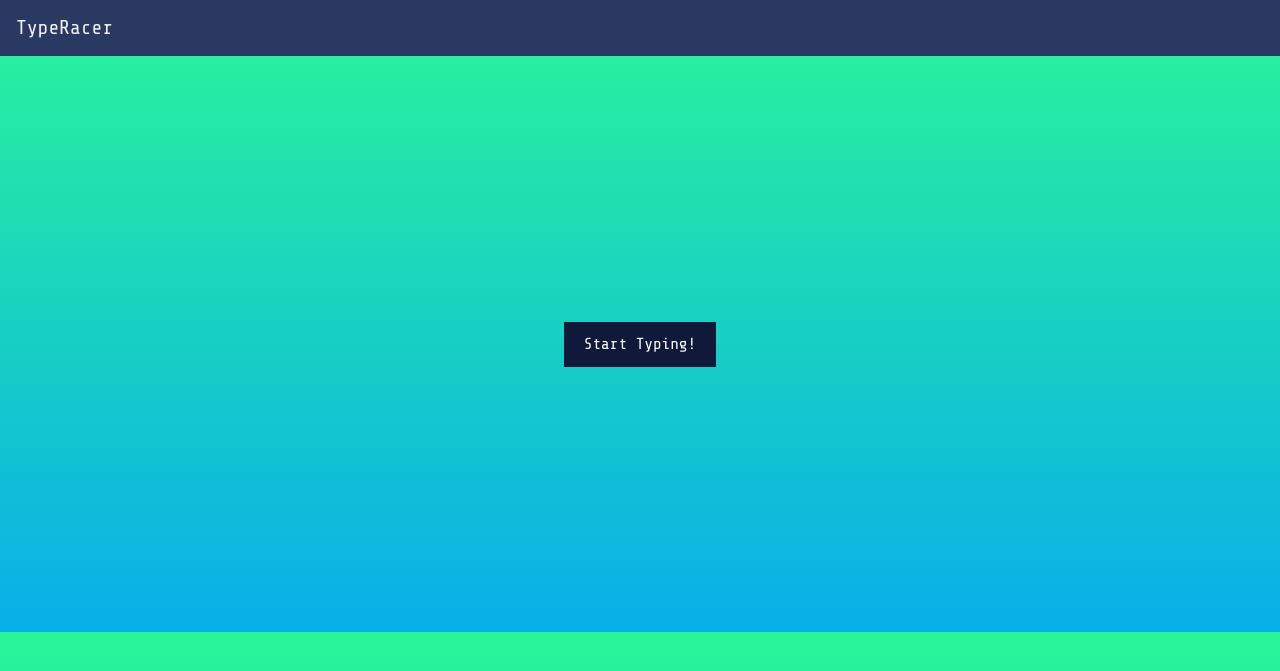
Repository: Tagaca19e/Type-it
Page: /
An editor plug-in stored every save of this project. The page is shown before and after the next save, followed by the edit.
The browser window is 1280 px wide. The pictures show the whole page.
The page's requests for data from a server got no answer. The project was rebuilt for these pictures with package versions that can differ from the ones it lists, and the page was loaded fresh each time. No one was signed in, and anything a server would have sent is missing. Also part of the build but not shown: src/components/Timer.js, src/components/Speed.js, src/components/TypeDetails.js, src/components/TypeRacer.js, src/app.css.

Above is the page before, as saved 2021-08-06 23:00:49.

After the next save:
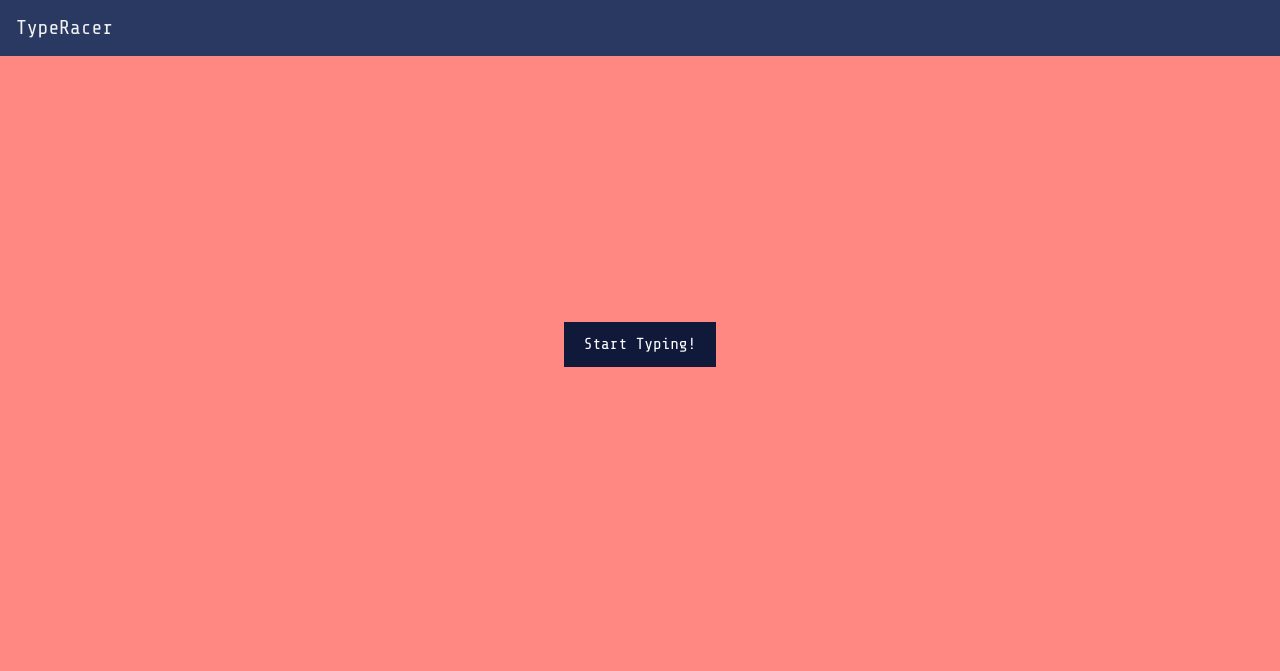
Saved 21 s later.
--- a/src/index.css
+++ b/src/index.css
@@ -5,11 +5,11 @@
 
 html body {
   font-family: "Share Tech Mono", serif;
-  background-color: #08aeea;
-  background-image: -webkit-linear-gradient(0deg, #08aeea 0%, #2af598 100%);
+  background-color: #ff8882;
+  /* background-image: -webkit-linear-gradient(0deg, #08aeea 0%, #2af598 100%);
   background-image: -moz-linear-gradient(0deg, #08aeea 0%, #2af598 100%);
   background-image: -o-linear-gradient(0deg, #08aeea 0%, #2af598 100%);
-  background-image: linear-gradient(0deg, #08aeea 0%, #2af598 100%);
+  background-image: linear-gradient(0deg, #08aeea 0%, #2af598 100%); */
 
   color: white;
 }
